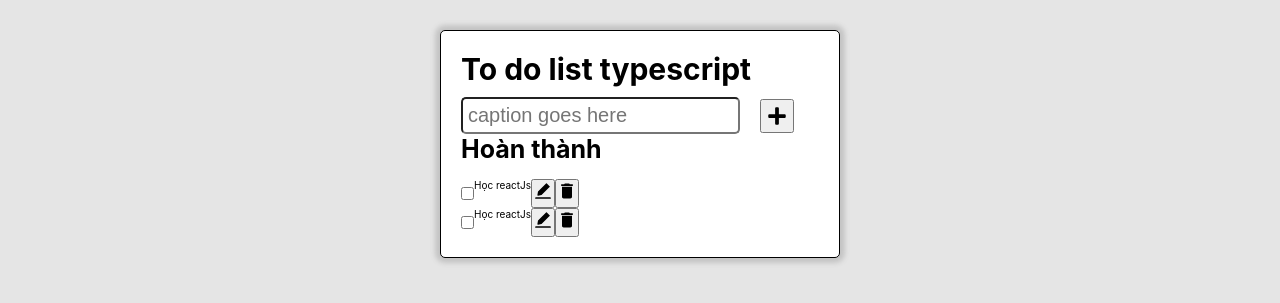
Repository: Nhatktvn/TodoListReactTs
Page: /
These files come from the project's save history. The page is drawn as it stood at one moment and after the next save; the edit follows.
The browser window is 1280 px wide. The pictures show the whole page.
The project was rebuilt for these pictures with package versions that can differ from the ones it lists, and the page was loaded fresh each time.

Above is the page before, as saved 2023-11-08 08:59:23.

After the next save:
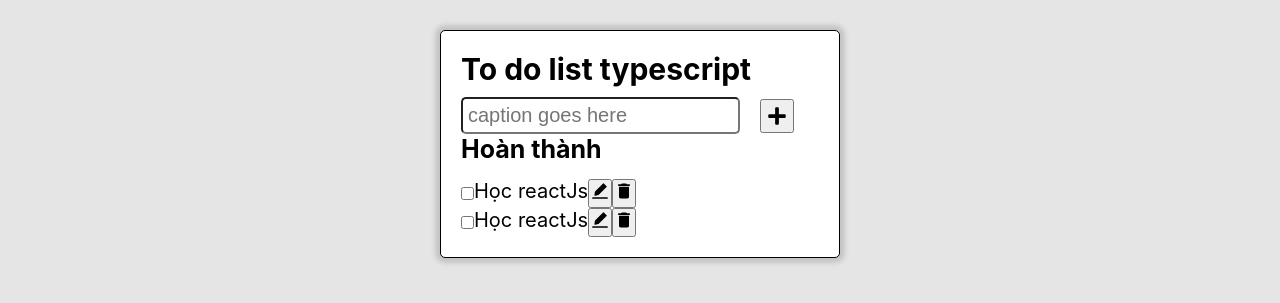
Saved 15 s later.
--- a/src/components/TaskList/tasklist.module.scss
+++ b/src/components/TaskList/tasklist.module.scss
@@ -4,6 +4,9 @@
 }
 .tasks {
   .task {
+    span {
+      font-size: 2rem;
+    }
     display: flex;
   }
 }
